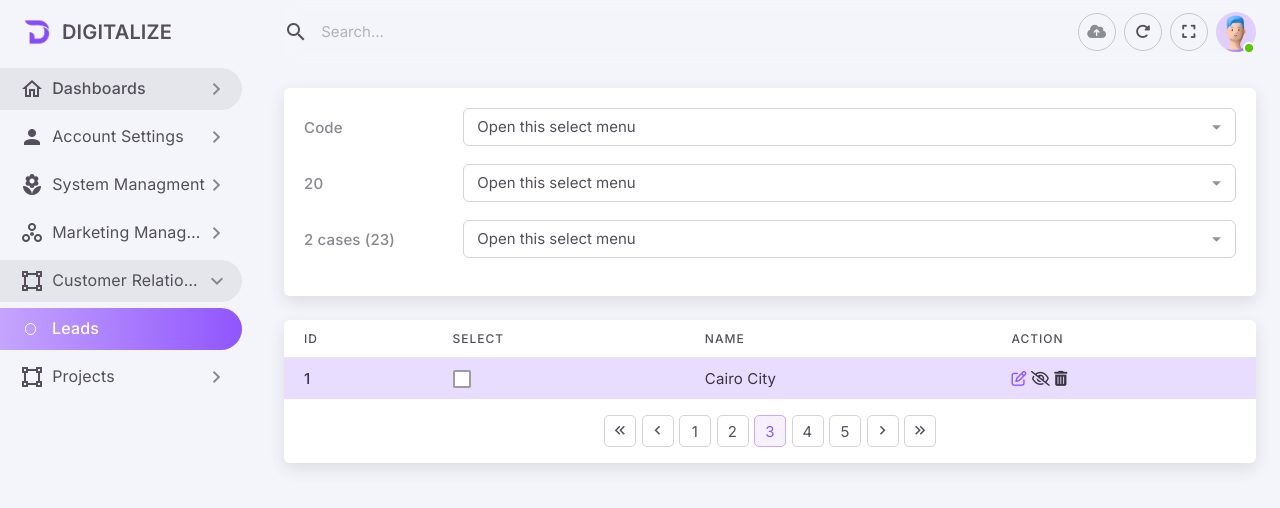
Repository: FadyFathey/sales-crm
Page: html/project-list.html
The author's editor kept a copy of each file at every save. The page is drawn from the files as they stood at one save, then again after the next save.
The browser window is 1280 px wide. The pictures show the whole page.
Some icons come from a web library that is not loaded, so they are not drawn. Some web libraries are served in a nearby version.

Above is the page before, as saved 2024-10-09 14:04:12.
Console error: ReferenceError: d3 is not defined

After the next save:
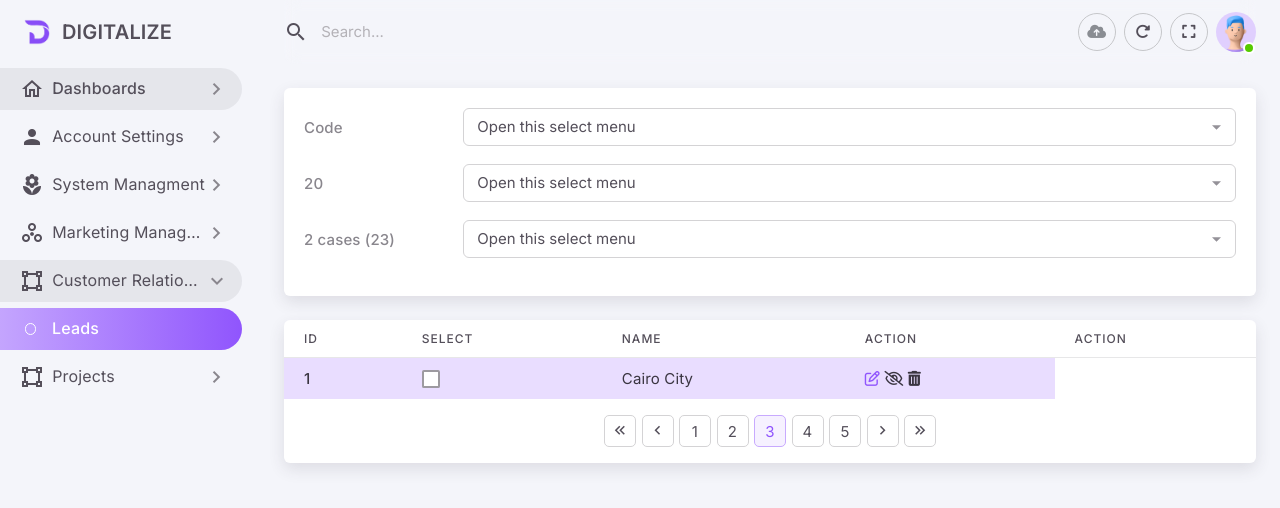
Saved 88 s later.
--- a/html/project-list.html
+++ b/html/project-list.html
@@ -387,6 +387,7 @@
                                             <th>id</th>
                                             <th>select</th>
                                             <th>Name</th>
+                                            <th>Action</th>
                                             <th>Action</th>
                                         </tr>
                                     </thead>
